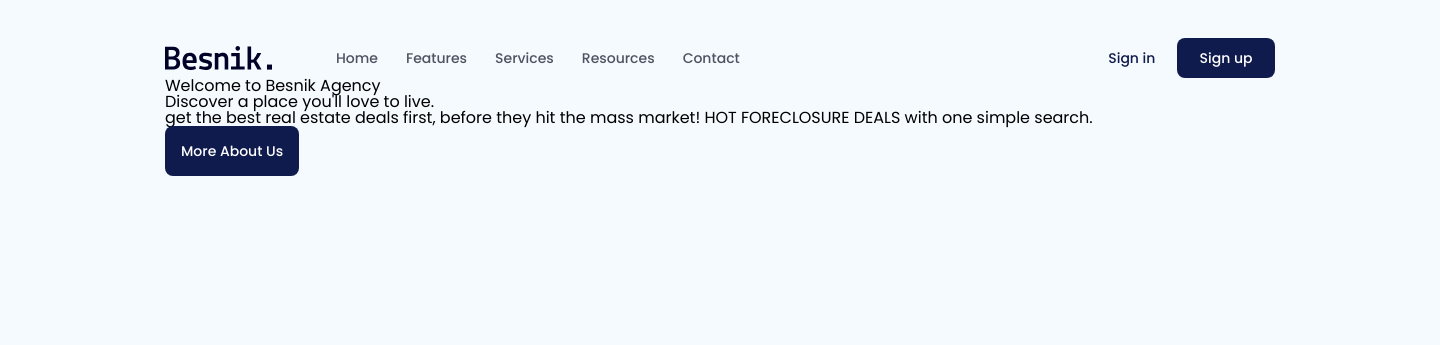
Repository: Tctiensk/f8-htmlcss-01
Page: index.html
An editor plug-in stored every save of this project. The page is shown before and after the next save, followed by the edit.
The browser window is 1280 px wide. The page is 1440 px wide, so the pictures cover 1440 px, including what lies to the right of the window. The pictures show the whole page.

Above is the page before, as saved 2022-11-29 22:50:09.

### index.html
<!DOCTYPE html>
<html lang="en">
    <head>
        <meta charset="UTF-8" />
        <meta http-equiv="X-UA-Compatible" content="IE=edge" />
        <meta name="viewport" content="width=device-width, initial-scale=1.0" />
        <title>F8 PROJECT 01</title>
        <link rel="stylesheet" href="./assets/css/reset.css" />
        <link rel="stylesheet" href="./assets/fonts/stylesheet.css" />
        <link rel="stylesheet" href="./assets/css/style.css" />
    </head>

    <body>
        <main>
            <!-- header -->
            <header class="header">
                <div class="content">
                    <nav class="navbar">
                        <!-- logo -->
                        <img src="./assets/img/Logo.svg" alt="Besnik." />
                        <!-- navigation -->
                        <ul>
                            <li><a href="#!">Home</a></li>
                            <li><a href="#!">Features</a></li>
                            <li><a href="#!">Services</a></li>
                            <li><a href="#!">Resources</a></li>
                            <li><a href="#!">Contact</a></li>
                        </ul>

                        <!-- action -->
                        <div class="action">
                            <a href="" class="action-link">Sign in </a>
                            <a href="" class="btn action-btn">Sign up </a>
                        </div>
                    </nav>

                    <div class="hero">
                        <div class="info">
                            <p class="sub-title">Welcome to Besnik Agency</p>
                            <h1 class="title">
                                Discover a place you'll love to live.
                            </h1>
                            <p class="desc">
                                get the best real estate deals first, before
                                they hit the mass market! HOT FORECLOSURE DEALS
                                with one simple search.
                            </p>
                            <a href="#!" class="btn">More About Us</a>
                        </div>
                    </div>
                </div>
            </header>
        </main>
    </body>
</html>

### assets/fonts/stylesheet.css
@font-face {
    font-family: "Poppins";
    src: url("Poppins/Poppins-BoldItalic.woff2") format("woff2"),
        url("Poppins/Poppins-BoldItalic.woff") format("woff");
    font-weight: bold;
    font-style: italic;
    font-display: swap;
}

@font-face {
    font-family: "Poppins";
    src: url("Poppins/Poppins-ExtraBold.woff2") format("woff2"),
        url("Poppins/Poppins-ExtraBold.woff") format("woff");
    font-weight: bold;
    font-style: normal;
    font-display: swap;
}

@font-face {
    font-family: "Poppins";
    src: url("Poppins/Poppins-BlackItalic.woff2") format("woff2"),
        url("Poppins/Poppins-BlackItalic.woff") format("woff");
    font-weight: 900;
    font-style: italic;
    font-display: swap;
}

@font-face {
    font-family: "Poppins";
    src: url("Poppins/Poppins-ExtraBoldItalic.woff2") format("woff2"),
        url("Poppins/Poppins-ExtraBoldItalic.woff") format("woff");
    font-weight: bold;
    font-style: italic;
    font-display: swap;
}

@font-face {
    font-family: "Poppins";
    src: url("Poppins/Poppins-Bold.woff2") format("woff2"),
        url("Poppins/Poppins-Bold.woff") format("woff");
    font-weight: bold;
    font-style: normal;
    font-display: swap;
}

@font-face {
    font-family: "Poppins";
    src: url("Poppins/Poppins-Black.woff2") format("woff2"),
        url("Poppins/Poppins-Black.woff") format("woff");
    font-weight: 900;
    font-style: normal;
    font-display: swap;
}

@font-face {
    font-family: "Poppins";
    src: url("Poppins/Poppins-LightItalic.woff2") format("woff2"),
        url("Poppins/Poppins-LightItalic.woff") format("woff");
    font-weight: 300;
    font-style: italic;
    font-display: swap;
}

@font-face {
    font-family: "Poppins";
    src: url("Poppins/Poppins-Medium.woff2") format("woff2"),
        url("Poppins/Poppins-Medium.woff") format("woff");
    font-weight: 500;
    font-style: normal;
    font-display: swap;
}

@font-face {
    font-family: "Poppins";
    src: url("Poppins/Poppins-ExtraLightItalic.woff2") format("woff2"),
        url("Poppins/Poppins-ExtraLightItalic.woff") format("woff");
    font-weight: 200;
    font-style: italic;
    font-display: swap;
}

@font-face {
    font-family: "Poppins";
    src: url("Poppins/Poppins-Italic.woff2") format("woff2"),
        url("Poppins/Poppins-Italic.woff") format("woff");
    font-weight: normal;
    font-style: italic;
    font-display: swap;
}

@font-face {
    font-family: "Poppins";
    src: url("Poppins/Poppins-Light.woff2") format("woff2"),
        url("Poppins/Poppins-Light.woff") format("woff");
    font-weight: 300;
    font-style: normal;
    font-display: swap;
}

@font-face {
    font-family: "Poppins";
    src: url("Poppins/Poppins-ExtraLight.woff2") format("woff2"),
        url("Poppins/Poppins-ExtraLight.woff") format("woff");
    font-weight: 200;
    font-style: normal;
    font-display: swap;
}

@font-face {
    font-family: "Poppins";
    src: url("Poppins/Poppins-SemiBoldItalic.woff2") format("woff2"),
        url("Poppins/Poppins-SemiBoldItalic.woff") format("woff");
    font-weight: 600;
    font-style: italic;
    font-display: swap;
}

@font-face {
    font-family: "Poppins";
    src: url("Poppins/Poppins-Regular.woff2") format("woff2"),
        url("Poppins/Poppins-Regular.woff") format("woff");
    font-weight: normal;
    font-style: normal;
    font-display: swap;
}

@font-face {
    font-family: "Poppins";
    src: url("Poppins/Poppins-ThinItalic.woff2") format("woff2"),
        url("Poppins/Poppins-ThinItalic.woff") format("woff");
    font-weight: 100;
    font-style: italic;
    font-display: swap;
}
@font-face {
    font-family: "Poppins";
    src: url("Poppins/Poppins-MediumItalic.woff2") format("woff2"),
        url("Poppins/Poppins-MediumItalic.woff") format("woff");
    font-weight: 500;
    font-style: italic;
    font-display: swap;
}

@font-face {
    font-family: "Poppins";
    src: url("Poppins/Poppins-SemiBold.woff2") format("woff2"),
        url("Poppins/Poppins-SemiBold.woff") format("woff");
    font-weight: 600;
    font-style: normal;
    font-display: swap;
}

@font-face {
    font-family: "Poppins";
    src: url("Poppins/Poppins-Thin.woff2") format("woff2"),
        url("Poppins/Poppins-Thin.woff") format("woff");
    font-weight: 100;
    font-style: normal;
    font-display: swap;
}

### assets/css/style.css
* {
    box-sizing: border-box;
}

:root {
    --primary-color: #0f1b4c;
}
html {
    font-size: 62.5%;
}
body {
    font-size: 1.6rem;
    font-family: "Poppins", sans-serif;
}
/* common */
a {
    text-decoration: none;
}
.content {
    width: 1110px;
    max-width: calc(100% -48px);
    margin-left: auto;
    margin-right: auto;
}
/* header */
.header {
    width: 1440px;
    height: 100vh;
    background-color: #f5fafe;
}
.navbar {
    display: flex;
    align-items: center;
    padding-top: 38px;
}
.navbar ul {
    display: flex;
    margin-left: 50px;
}
.navbar .action {
    margin-left: auto;
}
.navbar ul a {
    font-weight: 500;
    font-size: 1.4rem;
    line-height: 21px;
    color: #4f5361;
    padding: 8px 1.4rem;
}
.navbar ul a:hover {
    text-decoration: underline;
}
.navbar .action-link {
    font-weight: 500;
    font-size: 1.4rem;
    line-height: 21px;
    color: var(--primary-color);
}
.btn {
    display: inline-block;
    min-width: 98px;
    padding: 18px 16px;
    background: var(--primary-color);
    border-radius: 8px;
    font-weight: 500;
    font-size: 1.4rem;
    text-align: center;
    color: #ffffff;
}
.btn:hover {
    opacity: 0.9;
}
.navbar .action-btn {
    padding: 13px 16px;
    margin-left: 18px;
}

Loaded but not shown: assets/css/reset.css (common file)

After the next save:
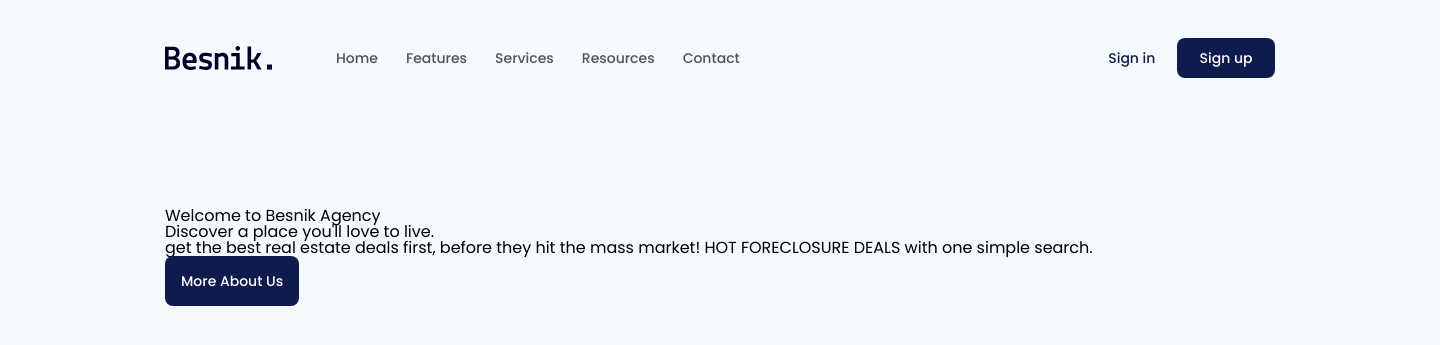
Saved 80 s later.
--- a/assets/css/style.css
+++ b/assets/css/style.css
@@ -74,3 +74,6 @@
     padding: 13px 16px;
     margin-left: 18px;
 }
+.hero {
+    margin-top: 130px;
+}
